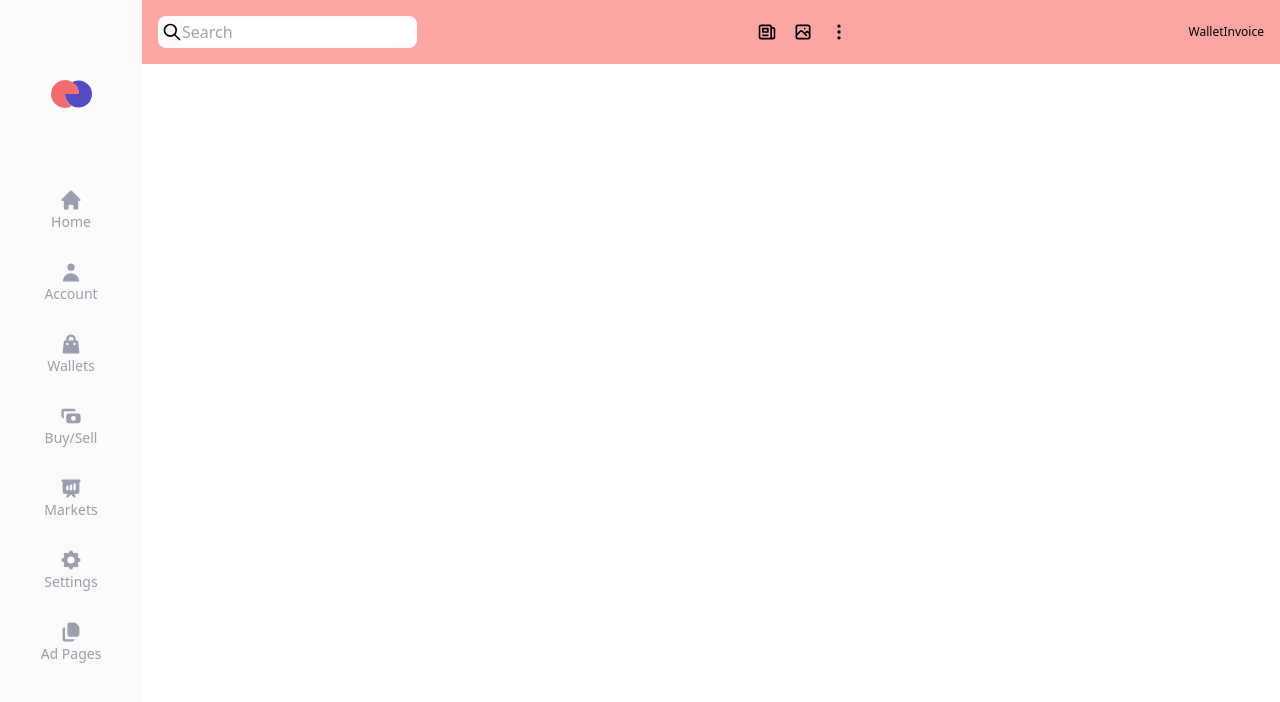
Repository: almaqdad55/crypto-app-nextjs
Page: /
An editor plug-in stored every save of this project. The page is shown before and after the next save, followed by the edit.
The browser window is 1280 px wide. The pictures show the whole page.
The project was rebuilt for these pictures with package versions that can differ from the ones it lists, and the page was loaded fresh each time. The framework's server and built-in components were replaced by stand-ins that run in the browser.

Above is the page before, as saved 2022-01-04 20:06:14.

After the next save:
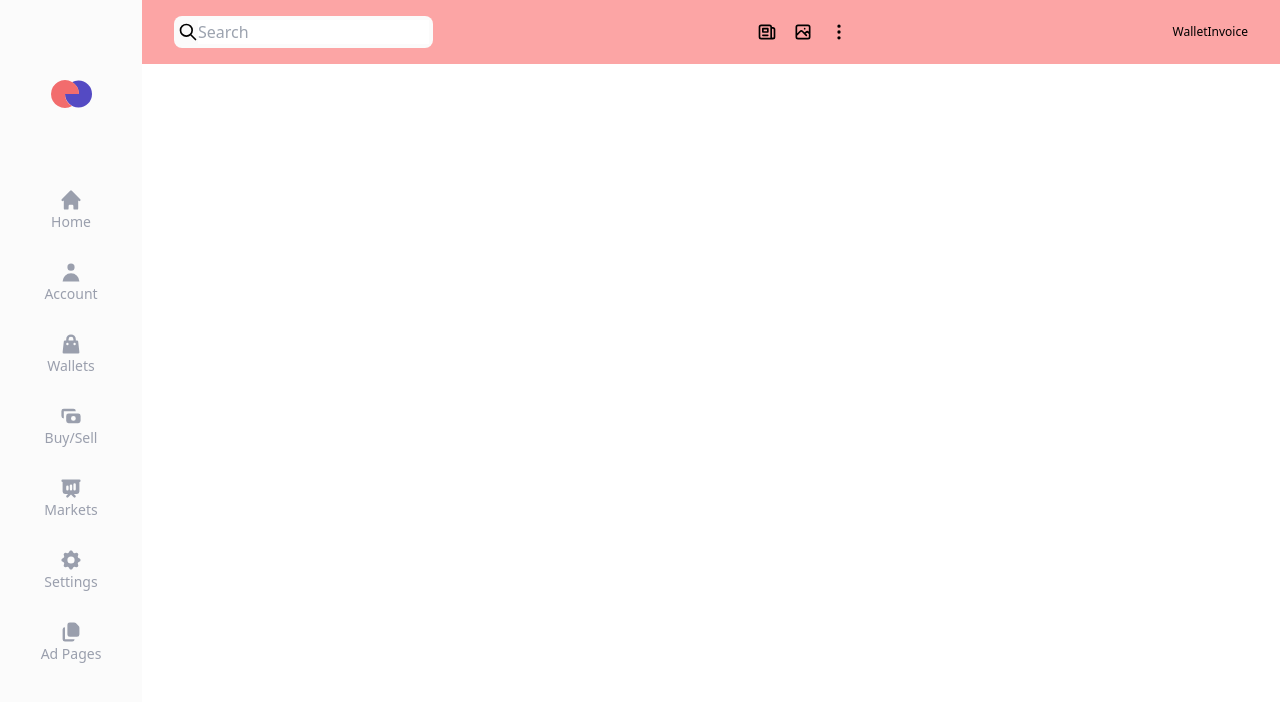
Saved 17 s later.
--- a/components/Feed.jsx
+++ b/components/Feed.jsx
@@ -9,7 +9,7 @@ import {
 const Feed = () => {
   return (
     <div className=" flex-grow  ">
-      <div className="flex items-center bg-red-300 justify-between py-4 px-4">
+      <div className="flex items-center bg-red-300 justify-between py-4 px-8">
         <div className="flex items-center bg-[#fbfbfb] rounded-lg p-1">
           <SearchIcon className="h-5" />
           <input type="text" placeholder={`Search`} className="outline-none" />
